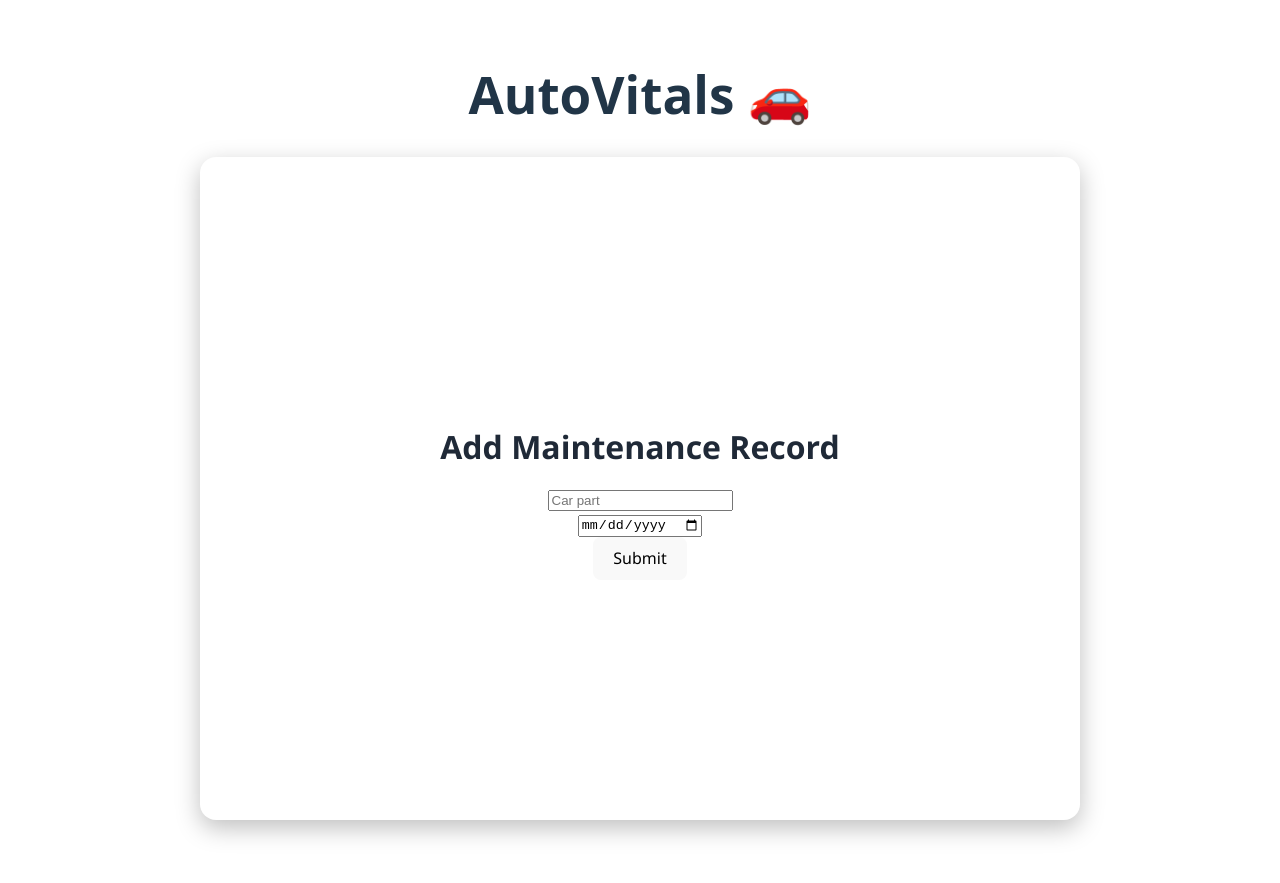
Repository: YoussefAzmires/wevdebautovitals
Page: / (app in frontend/)
The author's editor kept a copy of each file at every save. The page is drawn from the files as they stood at one save, then again after the next save.
The browser window is 1280 px wide. The pictures show the whole page.
The project was rebuilt for these pictures with package versions that can differ from the ones it lists, and the page was loaded fresh each time. Also part of the build but not shown: frontend/vite.config.ts.

Above is the page before, as saved 2025-04-13 15:51:04.

### frontend/src/App.tsx
import './App.css'
import AddMaintenanceRecordsForm from "./components/AddMaintenanceRecordsForm/AddMaintenanceRecordsForm";
function App() {
  return (
    <div>
      <h1>AutoVitals 🚗</h1>
      <AddMaintenanceRecordsForm />
    </div>
  );
}


export default App

### frontend/src/components/AddMaintenanceRecordsForm/AddMaintenanceRecordsForm.tsx
import { JSX } from 'react';
import './AddMaintenanceRecordsForm.css'



export default function AddMaintenanceRecordsForm() : JSX.Element {
    return (
      <form>
        <h2>Add Maintenance Record</h2>
        <input type="text" placeholder="Car part" />
        <br />
        <input type="date" />
        <br />
        <button type="submit">Submit</button>
      </form>
    );
  }

### frontend/src/components/AddMaintenanceRecordsForm/AddMaintenanceRecordsForm.css
form{
  background-color: white;
  padding: 15em;
  border-radius: 16px;
  box-shadow: 0 8px 24px rgba(0, 0, 0, 0.25);
  max-width: 500px;
  margin: 2rem auto;
  font-family: 'Segoe UI',sans-serif;
}
form h2{
  font-size: 2em;
  color: #1f2937;
  margin-bottom: 1rem;

}

label {
  display: block;
  margin-bottom: 0.25rem;
  color: #374151;
  font-weight: 600;
}

input:focus {
  border-color: #3b82f6;
  outline: none;
  background-color: #fff;
}

Loaded but not shown: frontend/index.html (common file); frontend/src/main.tsx (common file); frontend/src/index.css (common file); frontend/src/App.css (common file)

After the next save:
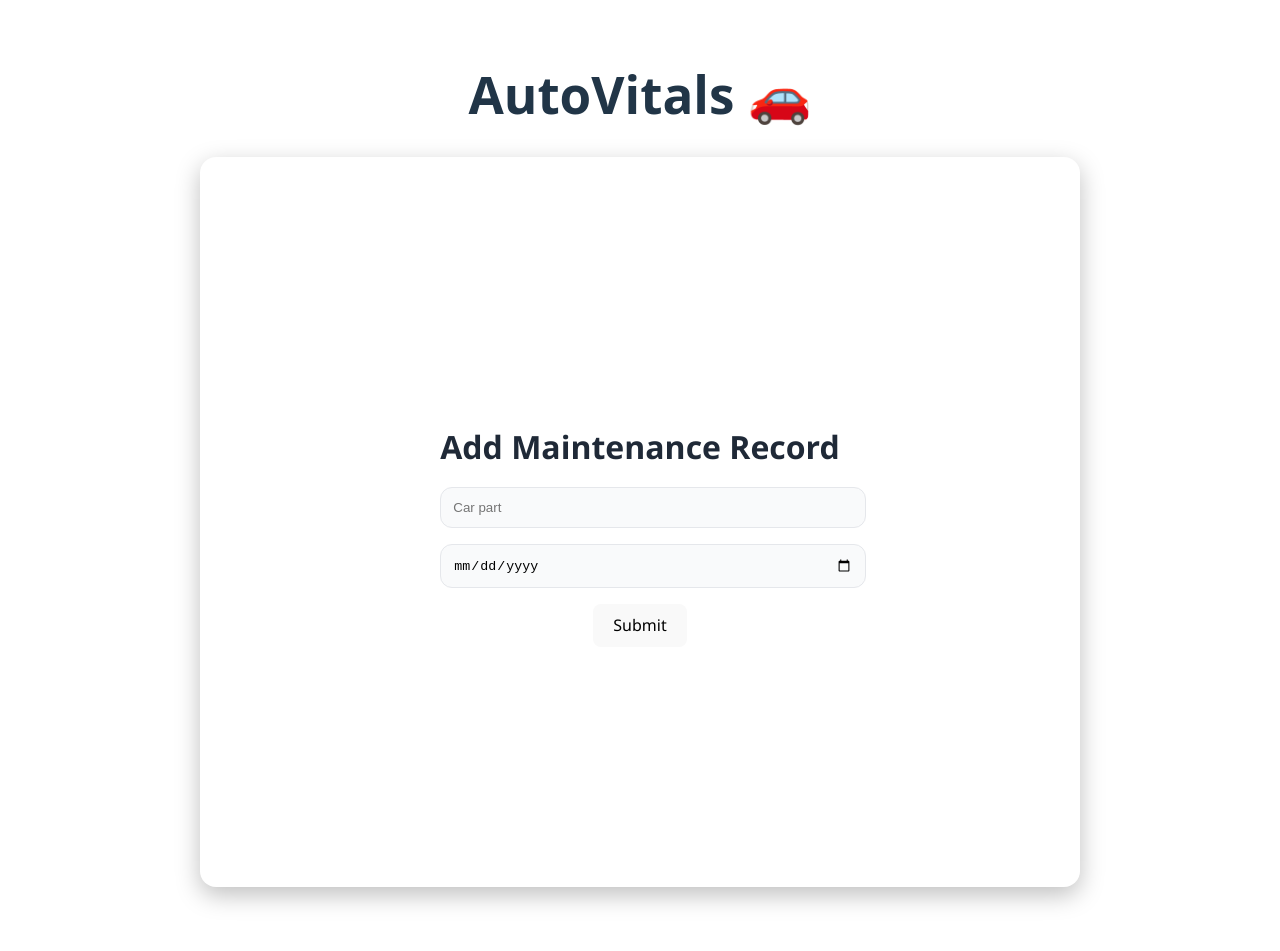
Saved 8 s later.
--- a/frontend/src/components/AddMaintenanceRecordsForm/AddMaintenanceRecordsForm.css
+++ b/frontend/src/components/AddMaintenanceRecordsForm/AddMaintenanceRecordsForm.css
@@ -13,6 +13,16 @@ form h2{
   margin-bottom: 1rem;
 
 }
+input[type="text"],
+input[type="date"] {
+  width: 100%;
+  padding: 0.75rem;
+  margin-bottom: 1rem;
+  border: 1px solid #e5e7eb;
+  border-radius: 12px;
+  background-color: #f9fafb;
+  transition: border 0.2s ease-in-out;
+}
 
 label {
   display: block;
